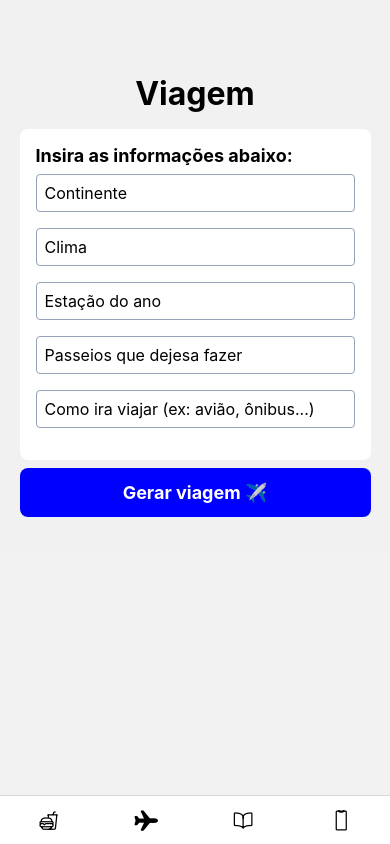
Repository: Matheus904-12/routes
Screen: /Viagem (app in roteamento/)
An editor plug-in stored every save of this project. The screen is shown before and after the next save, followed by the edit.
The app was drawn by React Native's web renderer in a window 390 px wide. The project was rebuilt for these pictures with package versions that can differ from the ones it lists, and the page was loaded fresh each time. Also part of the build but not shown: roteamento/pages/filmes.js, roteamento/pages/roupas.js.

Above is the screen before, as saved 2024-05-01 18:13:12.

### roteamento/App.tsx
import React from 'react';
import { NavigationContainer } from '@react-navigation/native';
import { Routes } from './routes';

export default function App() {
  return (
    <NavigationContainer>
      <Routes />
    </NavigationContainer>
  );
}

### roteamento/routes.js
import { createBottomTabNavigator } from "@react-navigation/bottom-tabs";
import { Viagem } from './pages/viagem';
import { Livros } from './pages/filmes';
import { Roupas } from './pages/roupas';
import { Receita } from './pages/receita';
import { Ionicons } from '@expo/vector-icons/'

const Tab = createBottomTabNavigator();

export function Routes() {
    return (
        <Tab.Navigator>
            <Tab.Screen
                name="Receita"
                component={Receita}
                options={{
                    tabBarShowLabel: false,
                    headerShown: false,
                    tabBarIcon: ({ focused }) => {
                        if (focused) {
                            return (<Ionicons size={25} color={"#000"} name="fast-food" />)
                        }
                        return (<Ionicons size={20} color={"#000"} name="fast-food-outline" />)
                    }
                }}
            />
            <Tab.Screen
                name="Viagem"
                component={Viagem}
                options={{
                    tabBarShowLabel: false,
                    headerShown: false,
                    tabBarIcon: ({ focused }) => {
                        if (focused) {
                            return (<Ionicons size={25} color={"#000"} name="airplane" />)
                        }
                        return (<Ionicons size={20} color={"#000"} name="airplane-outline" />)
                    }
                }}
            />
            <Tab.Screen
                name="Livros"
                component={Livros}
                options={{
                    tabBarShowLabel: false,
                    headerShown: false,
                    tabBarIcon: ({ focused }) => {
                        if (focused) {
                            return (<Ionicons size={25} color={"#000"} name="book" />)
                        }
                        return (<Ionicons size={20} color={"#000"} name="book-outline" />)
                    }
                }}
            />
            <Tab.Screen
                name="Aparelhos"
                component={Roupas}
                options={{
                    tabBarShowLabel: false,
                    headerShown: false,
                    tabBarIcon: ({ focused }) => {
                        if (focused) {
                            return (<Ionicons size={25} color={"#000"} name="phone-portrait" />)
                        }
                        return (<Ionicons size={20} color={"#000"} name="phone-portrait-outline" />)
                    }
                }}
            />
        </Tab.Navigator>
    )
}

### roteamento/pages/viagem.js
import React, { useState } from 'react';
import { StyleSheet, Text, View, TextInput, TouchableOpacity, Platform, StatusBar, ScrollView, ActivityIndicator, Alert, Keyboard } from 'react-native';
import { MaterialCommunityIcons } from '@expo/vector-icons';

const alturaStatusBar = StatusBar.currentHeight;
const KEY_GPT = 'SUA_CHAVE_DE_API';

export function Viagem() {

    const [load, defLoad] = useState(false);
    const [receita, defReceita] = useState("");

    const [ingr1, defIngr1] = useState("");
    const [ingr2, defIngr2] = useState("");
    const [ingr3, defIngr3] = useState("");
    const [ingr4, defIngr4] = useState("");
    const [ocasiao, defOcasiao] = useState("");

    async function gerarReceita() {
        if (ingr1 === "" || ingr2 === "" || ingr3 === "" || ingr4 === "" || ocasiao === "") {
            Alert.alert("Atenção", "Informe todas as informações!", [{ text: "Beleza!" }])
            return;
        }
        defReceita("");
        defLoad(true);
        Keyboard.dismiss();

        const prompt = `Sugira viagens e locais itinerários para ${ocasiao} e locais de turísticos com as seguinte especificações: ${ingr1}, ${ingr2}, ${ingr3} e ${ingr4} e pesquise em site de viagens, reservas de hotéis, voos e atividades.. Caso encontre, informe o link.`;

        fetch("https://api.openai.com/v1/chat/completions", {
            method: "POST",
            headers: {
                "Content-Type": "application/json",
                Authorization: `Bearer ${KEY_GPT}`
            },
            body: JSON.stringify({
                model: "gpt-3.5-turbo",
                messages: [
                    {
                        role: 'user',
                        content: prompt
                    }
                ],
                temperature: 0.20,
                max_tokens: 500,
                top_p: 1,
            })
        })
            .then(response => response.json())
            .then((data) => {
                console.log(data.choices[0].message.content);
                defReceita(data.choices[0].message.content)
            })
            .catch((error) => {
                console.log(error);
            })
            .finally(() => {
                defLoad(false);
            })
    }

    return (
        <ScrollView>
            <View style={ESTILOS.container}>
                <StatusBar barStyle="dark-content" translucent={true} backgroundColor="#F1F1F1" />
                <Text style={ESTILOS.header}>Viagem</Text>
                <View style={ESTILOS.form}>
                    <Text style={ESTILOS.label}>Insira as informações abaixo:</Text>
                    <TextInput
                        placeholder="Continente"
                        style={ESTILOS.input}
                        value={ocasiao}
                        onChangeText={(texto) => defIngr1(texto)}
                    />
                    <TextInput
                        placeholder="Clima"
                        style={ESTILOS.input}
                        value={ingr2}
                        onChangeText={(texto) => defIngr2(texto)}
                    />
                    <TextInput
                        placeholder="Estação do ano"
                        style={ESTILOS.input}
                        value={ingr3}
                        onChangeText={(texto) => defIngr3(texto)}
                    />
                    <TextInput
                        placeholder="Passeios que dejesa fazer"
                        style={ESTILOS.input}
                        value={ingr4}
                        onChangeText={(texto) => defIngr4(texto)}
                    />
                    <TextInput
                        placeholder="Como ira viajar (ex: avião, ônibus...)"
                        style={ESTILOS.input}
                        value={ingr1}
                        onChangeText={(texto) => defOcasiao(texto)}
                    />
                </View>

                <TouchableOpacity style={ESTILOS.button} onPress={gerarReceita}>
                    <Text style={ESTILOS.buttonText}>Gerar viagem ✈️</Text>
                </TouchableOpacity>

                <ScrollView contentContainerStyle={{ paddingBottom: 24, marginTop: 4, }} style={ESTILOS.containerScroll} showsVerticalScrollIndicator={false} >
                    {load && (
                        <View style={ESTILOS.content}>
                            <Text style={ESTILOS.title}>Procurando seu destino...</Text>
                            <ActivityIndicator color="#000" size="large" />
                        </View>
                    )}

                    {receita && (
                        <View style={ESTILOS.content}>
                            <Text style={ESTILOS.title}>Seu destino 👇</Text>
                            <Text style={{ lineHeight: 24 }}>{receita} </Text>
                        </View>
                    )}
                </ScrollView>
            </View>
        </ScrollView>
    );
}

const ESTILOS = StyleSheet.create({
    container: {
        flex: 1,
        backgroundColor: '#f1f1f1',
        alignItems: 'center',
        paddingTop: 20,
    },
    header: {
        fontSize: 32,
        fontWeight: 'bold',
        paddingTop: Platform.OS === 'android' ? alturaStatusBar : 54
    },
    form: {
        backgroundColor: '#FFF',
        width: '90%',
        borderRadius: 8,
        padding: 16,
        marginTop: 16,
        marginBottom: 8,
    },
    label: {
        fontWeight: 'bold',
        fontSize: 18,
        marginBottom: 8,
    },
    input: {
        borderWidth: 1,
        borderRadius: 4,
        borderColor: '#94a3b8',
        padding: 8,
        fontSize: 16,
        marginBottom: 16,
    },
    button: {
        backgroundColor: 'blue',
        width: '90%',
        borderRadius: 8,
        flexDirection: 'row',
        padding: 14,
        justifyContent: 'center',
        alignItems: 'center',
        gap: 8,
    },
    buttonText: {
        fontSize: 18,
        color: '#FFF',
        fontWeight: 'bold'
    },
    content: {
        backgroundColor: '#FFF',
        padding: 16,
        width: '100%',
        marginTop: 16,
        borderRadius: 8,
    },
    title: {
        fontSize: 18,
        fontWeight: 'bold',
        textAlign: 'center',
        marginBottom: 14
    },
    containerScroll: {
        width: '90%',
        marginTop: 8,
    }
});

### roteamento/pages/receita.js
import React, { useState } from 'react';
import { StyleSheet, Text, View, TextInput, TouchableOpacity, Platform, StatusBar, ScrollView, ActivityIndicator, Alert, Keyboard } from 'react-native';
import { MaterialCommunityIcons } from '@expo/vector-icons';

const alturaStatusBar = StatusBar.currentHeight;
const KEY_GPT = 'SUA_CHAVE_DE_API';

export function Receita() {

    const [load, defLoad] = useState(false);
    const [receita, defReceita] = useState("");

    const [ingr1, defIngr1] = useState("");
    const [ingr2, defIngr2] = useState("");
    const [ingr3, defIngr3] = useState("");
    const [ingr4, defIngr4] = useState("");
    const [ocasiao, defOcasiao] = useState("");

    async function gerarReceita() {
        if (ingr1 === "" || ingr2 === "" || ingr3 === "" || ingr4 === "" || ocasiao === "") {
            Alert.alert("Atenção", "Informe todos os ingredientes!", [{ text: "Beleza!" }])
            return;
        }
        defReceita("");
        defLoad(true);
        Keyboard.dismiss();

        const prompt = `Sugira uma receita detalhada para o ${ocasiao} usando os ingredientes: ${ingr1}, ${ingr2}, ${ingr3} e ${ingr4} e pesquise a receita no YouTube. Caso encontre, informe o link.`;

        fetch("https://api.openai.com/v1/chat/completions", {
            method: "POST",
            headers: {
                "Content-Type": "application/json",
                Authorization: `Bearer ${KEY_GPT}`
            },
            body: JSON.stringify({
                model: "gpt-3.5-turbo",
                messages: [
                    {
                        role: 'user',
                        content: prompt
                    }
                ],
                temperature: 0.20,
                max_tokens: 500,
                top_p: 1,
            })
        })
            .then(response => response.json())
            .then((data) => {
                console.log(data.choices[0].message.content);
                defReceita(data.choices[0].message.content)
            })
            .catch((error) => {
                console.log(error);
            })
            .finally(() => {
                defLoad(false);
            })
    }

    return (
        <ScrollView>
            <View style={ESTILOS.container}>
                <StatusBar barStyle="dark-content" translucent={true} backgroundColor="#F1F1F1" />
                <Text style={ESTILOS.header}>Receitas Fáceis</Text>
                <View style={ESTILOS.form}>
                    <Text style={ESTILOS.label}>Insira os ingredientes abaixo:</Text>
                    <TextInput
                        placeholder="Ingrediente 1"
                        style={ESTILOS.input}
                        value={ingr1}
                        onChangeText={(texto) => defIngr1(texto)}
                    />
                    <TextInput
                        placeholder="Ingrediente 2"
                        style={ESTILOS.input}
                        value={ingr2}
                        onChangeText={(texto) => defIngr2(texto)}
                    />
                    <TextInput
                        placeholder="Ingrediente 3"
                        style={ESTILOS.input}
                        value={ingr3}
                        onChangeText={(texto) => defIngr3(texto)}
                    />
                    <TextInput
                        placeholder="Ingrediente 4"
                        style={ESTILOS.input}
                        value={ingr4}
                        onChangeText={(texto) => defIngr4(texto)}
                    />
                    <TextInput
                        placeholder="Almoço ou Jantar"
                        style={ESTILOS.input}
                        value={ocasiao}
                        onChangeText={(texto) => defOcasiao(texto)}
                    />
                </View>

                <TouchableOpacity style={ESTILOS.button} onPress={gerarReceita}>
                    <Text style={ESTILOS.buttonText}>Gerar receita 🥣</Text>
                </TouchableOpacity>

                <ScrollView contentContainerStyle={{ paddingBottom: 24, marginTop: 4, }} style={ESTILOS.containerScroll} showsVerticalScrollIndicator={false} >
                    {load && (
                        <View style={ESTILOS.content}>
                            <Text style={ESTILOS.title}>Produzindo receita...</Text>
                            <ActivityIndicator color="#000" size="large" />
                        </View>
                    )}

                    {receita && (
                        <View style={ESTILOS.content}>
                            <Text style={ESTILOS.title}>Sua receita 👇</Text>
                            <Text style={{ lineHeight: 24 }}>{receita} </Text>
                        </View>
                    )}
                </ScrollView>
            </View>
        </ScrollView>
    );
}

const ESTILOS = StyleSheet.create({
    container: {
        flex: 1,
        alignItems: 'center',
        paddingTop: 20,
    },
    header: {
        fontSize: 32,
        fontWeight: 'bold',
        paddingTop: Platform.OS === 'android' ? alturaStatusBar : 54
    },
    form: {
        backgroundColor: '#FFF',
        width: '90%',
        borderRadius: 8,
        padding: 16,
        marginTop: 16,
        marginBottom: 8,
    },
    label: {
        fontWeight: 'bold',
        fontSize: 18,
        marginBottom: 8,
    },
    input: {
        borderWidth: 1,
        borderRadius: 4,
        borderColor: '#94a3b8',
        padding: 8,
        fontSize: 16,
        marginBottom: 16,
    },
    button: {
        backgroundColor: 'blue',
        width: '90%',
        borderRadius: 8,
        flexDirection: 'row',
        padding: 14,
        justifyContent: 'center',
        alignItems: 'center',
        gap: 8,
    },
    buttonText: {
        fontSize: 18,
        color: '#FFF',
        fontWeight: 'bold'
    },
    content: {
        backgroundColor: '#FFF',
        padding: 16,
        width: '100%',
        marginTop: 16,
        borderRadius: 8,
    },
    title: {
        fontSize: 18,
        fontWeight: 'bold',
        textAlign: 'center',
        marginBottom: 14
    },
    containerScroll: {
        width: '90%',
        marginTop: 8,
    }
});

After the next save:
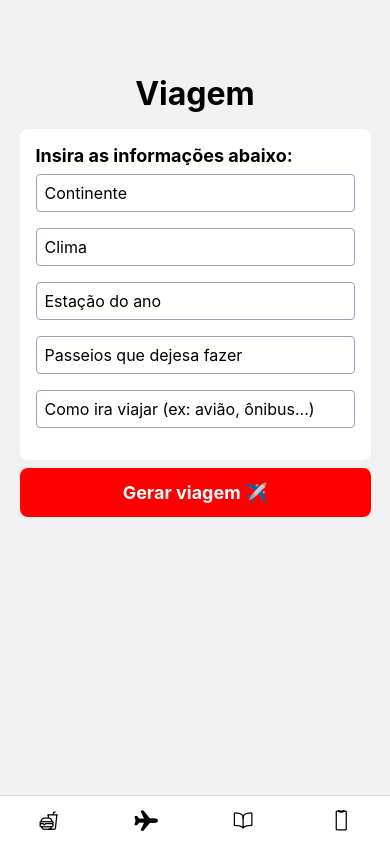
Saved 28 s later.
--- a/roteamento/pages/viagem.js
+++ b/roteamento/pages/viagem.js
@@ -156,7 +156,7 @@ const ESTILOS = StyleSheet.create({
         marginBottom: 16,
     },
     button: {
-        backgroundColor: 'blue',
+        backgroundColor: 'red',
         width: '90%',
         borderRadius: 8,
         flexDirection: 'row',
